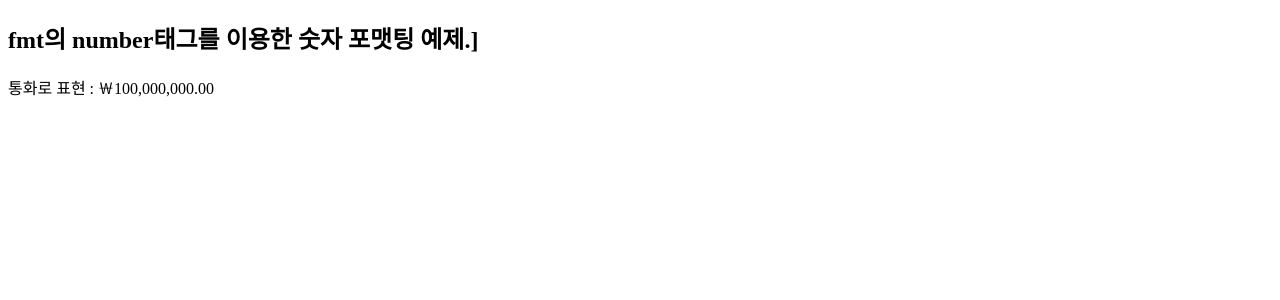
Repository: leehojun95/HJ-Developer
Page: http://localhost/webShop/sec14/test04/fomatTest.jsp
These files come from the project's save history. The page is drawn as it stood at one moment and after the next save; the edit follows.
The browser window is 1280 px wide. The pictures show the whole page.
The page is served by Tomcat 9. Other server files are loaded and not shown.

Above is the page before, as saved 2024-04-25 07:21:12.

### webShop/src/main/webapp/sec14/test04/fomatTest.jsp
<%@ page language="java" contentType="text/html; charset=UTF-8"
    pageEncoding="UTF-8"%>
    <%@taglib prefix="c" uri="http://java.sun.com/jsp/jstl/core" %>
    <%@taglib prefix="fmt" uri="http://java.sun.com/jsp/jstl/fmt" %>

<!DOCTYPE html>
<html>
<head>
<meta charset="UTF-8">
<title>Insert title here</title>
</head>
<body>
<h2>fmt의 number태그를 이용한 숫자 포맷팅 예제.]</h2>
<c:set var="price" value="100000000" />
<fmt:formatNumber value="${price }" type="number" var="priceNumber" />
통화로 표현 :
<fmt:formatNumber type="currency" currencySymbol="￦" value="${price }" groupingUsed="true" />
</body>
</html>

After the next save:
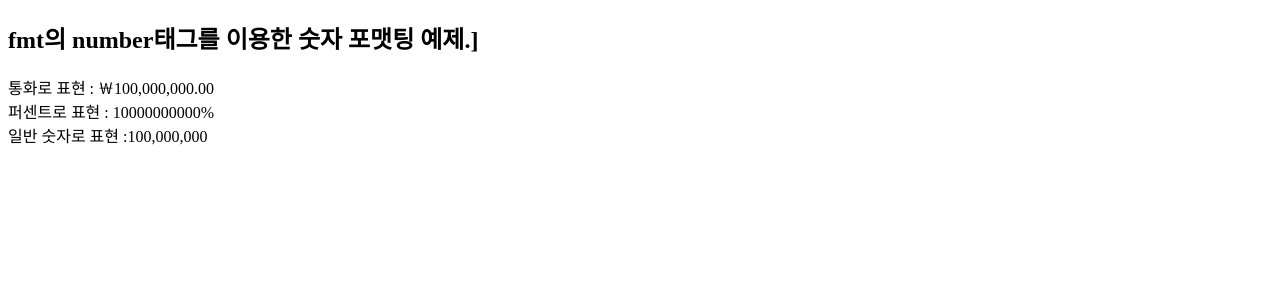
Saved 94 s later.
--- a/webShop/src/main/webapp/sec14/test04/fomatTest.jsp
+++ b/webShop/src/main/webapp/sec14/test04/fomatTest.jsp
@@ -14,6 +14,9 @@
 <c:set var="price" value="100000000" />
 <fmt:formatNumber value="${price }" type="number" var="priceNumber" />
 통화로 표현 :
-<fmt:formatNumber type="currency" currencySymbol="￦" value="${price }" groupingUsed="true" />
+<fmt:formatNumber type="currency" currencySymbol="￦" value="${price }" groupingUsed="true" /><br>
+퍼센트로 표현 :
+<fmt:formatNumber value="${price }" type="percent" groupingUsed="false" /><br>
+일반 숫자로 표현 :${priceNumber }<br>
 </body>
 </html>
